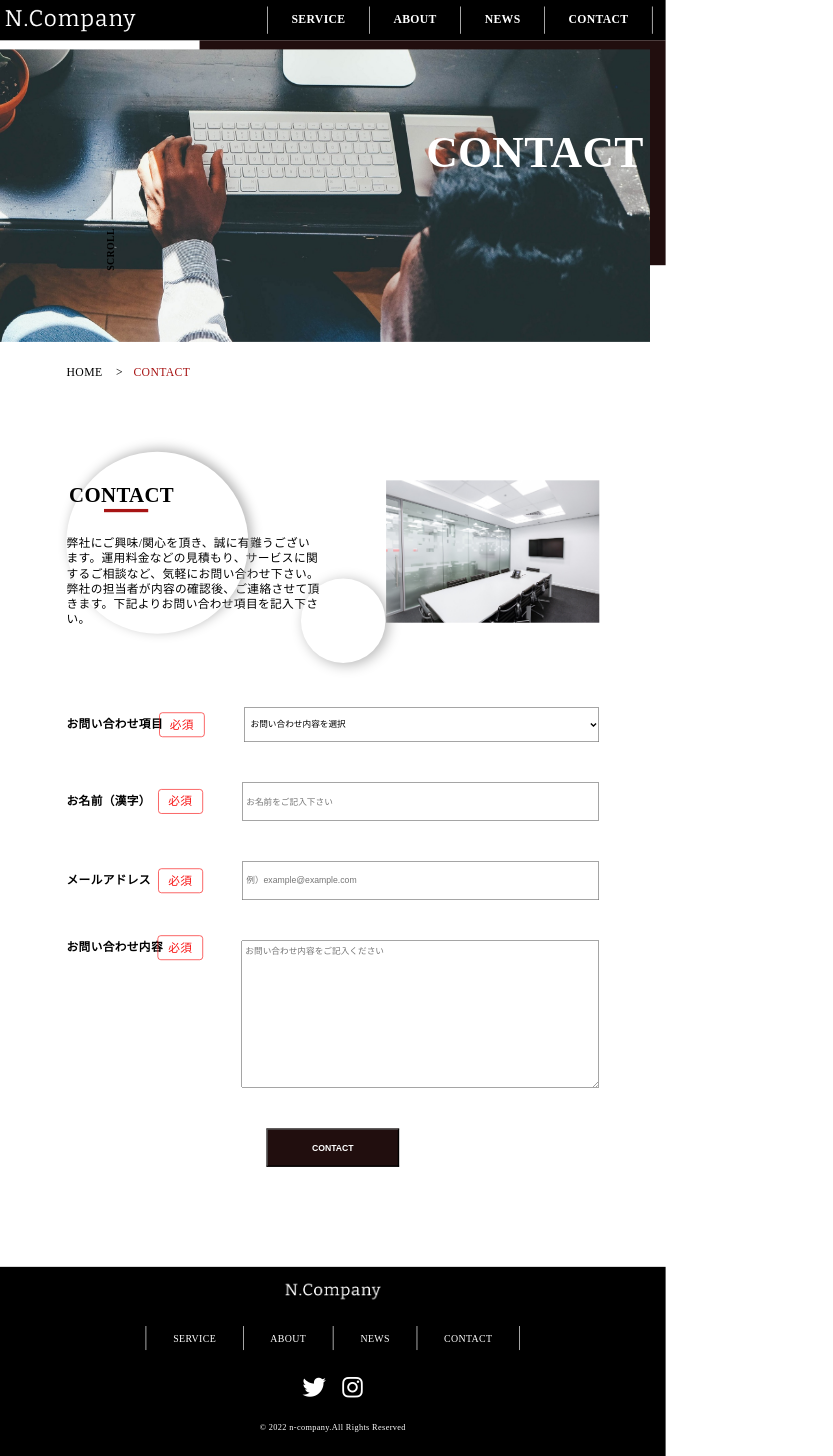
Repository: nozomi-23/hp2_test
Page: html/contact.html
These files come from the project's save history. The page is drawn as it stood at one moment and after the next save; the edit follows.
The browser window is 1024 px wide. The page is 1024 px wide, then 1282 px, so the pictures cover 1282 px, including what lies to the right of the window. The pictures show the whole page, at 65% of full size.
Some web fonts or font styles are not loaded; a fallback is used. Some web libraries are served in a nearby version.

Above is the page before, as saved 2022-06-26 22:57:15.

### html/contact.html
<!DOCTYPE html>
<html lang="ja">

<head>
  <meta charset="UTF-8">
  <title>コンサル事業 N.Company</title>
  <meta name="description" content="専門知識豊富なコンサルタントチームがあらゆる経営課題を解決に導きます。">
  <meta name="keywords" content="コンサル,経営改善,サポート">
  <meta name="viewport" content="width=device-width, initial-scale=1.0">
  <meta property="og:title" content="コンサル事業 N.Company">
  <meta property="og:type" content="article">
  <meta property="og:url" content="https://withcode-plus.tech">
  <meta property="og:image" content="img/logo.png">
  <meta property="og:description" content="専門知識豊富なコンサルタントチームがあらゆる経営課題を解決に導きます。">
  <meta property="og:site_name" content="コンサル事業">
  <link rel="icon" href="favicon.ico">
  <link rel="apple-touch-icon" sizes="180x180" href="img/logo.png">
  <link rel="preconnect" href="https://fonts.googleapis.com">
  <link rel="preconnect" href="https://fonts.gstatic.com" crossorigin>
  <link rel="preconnect" href="https://fonts.googleapis.com">
  <link rel="preconnect" href="https://fonts.gstatic.com" crossorigin>
  <link rel="preconnect" href="https://fonts.googleapis.com">
  <link rel="preconnect" href="https://fonts.gstatic.com" crossorigin>
  <link href="https://fonts.googleapis.com/css2?family=Bitter:wght@300;400&display=swap" rel="stylesheet">
  <link href="https://fonts.googleapis.com/css2?family=Noto+Serif+JP:wght@400;500;700&display=swap" rel="stylesheet">
  <script src="https://kit.fontawesome.com/b17c2acbc6.js" crossorigin="anonymous"></script>
  <link rel="stylesheet" type="text/css" href="../css/reset.css">
  <link rel="stylesheet" type="text/css" href="../css/common1.css">
  <link rel="stylesheet" type="text/css" href="../css/common2.css">
  <link rel="stylesheet" type="text/css" href="../css/contact.css">
</head>

<body>
  <!-- ======== header ===== -->
  <header>
    <div class="header_inner">
      <h1 class="header_logo">
        <a href="../index.html"><img src="../img/logo.png" alt="ロゴ画像"></a>
      </h1>
      <nav class="header_nav">
        <ul>
          <li>
            <a href="../html/about.html">SERVICE</a>
          </li>
          <li>
            <a href="../html/about.html">ABOUT</a>
          </li>
          <li>
            <a href="../html/news.html">NEWS</a>
          </li>
          <li>
            <a href="#">CONTACT</a>
          </li>
        </ul>
      </nav>
    </div>
    <div class="drawer"></div>
  </header>
    <main>
  <!-- ======== fv ===== -->

  <section class="service_fv">
    <div class="service_fv_wrapper">
      <div class="service_fv_img">
        <img src="../img/contact_main.png" alt="メイン画像">
      </div>
      <div class="fv_txt_wrapper_2">
        <span class="top_arrow_txt">SCROLL</span>
      </div>
      <div class="fv_ttl_wrapper">
        <h2 class="service_fv_ttl">CONTACT</h2>
      </div>
    </div>
  </section>

  <!-- ======== パンくずリスト ===== -->

  <section class="breadcrumb section">
    <div class="inner">
      <ul class="breadcrumb_list">
        <li class="breadcrumb_item">
          <a href="../index.html"><span>HOME</span></a>
        </li>
        <li class="breadcrumb_item">
          <a href="#"><span class="color">CONTACT</span></a>
        </li>
      </ul>
    </div>
  </section>

  <!-- ======== contact ===== -->

  <div class="section contact_intro section">
    <div class="inner">
      <div class="contact_intro_wrapper">
        <div class="contact_intro_txt">
          <h3 class="section_ttl">CONTACT</h3>
          <p>弊社にご興味/関心を頂き、誠に有難うございます。運用料金などの見積もり、サービスに関するご相談など、気軽にお問い合わせ下さい。弊社の担当者が内容の確認後、ご連絡させて頂きます。下記よりお問い合わせ項目を記入下さい。</p>
        </div>
        <div class="contact_intro_img">
          <img src="../img/contact.png" alt="お問合せ画像">
        </div>
      </div>
        <form action="mail.php" class="contact_form" id="form" method="post">
          <div class="contact_box">
            <label for="name" class="contact_form_ttl">お問い合わせ項目</label>
            <select class="contact_form_box1" name="subject" required="required">
              <optgroup value>
                <option class="select_txt" value="プルダウンメニューで問い合わせ内容を選択" hidden>お問い合わせ内容を選択</option>
                <option class="select_txt" value="お見積もりについて">お見積もりについて</option>
                <option class="select_txt" value="カウンセリング予約について">カウンセリング予約について</option>
                <option class="select_txt" value="その他">その他</option>
              </optgroup>
            </select>
          </div>
          <div class="contact_box">
            <label for="name" class="contact_form_ttl">お名前（漢字）</label>
            <input type="text" class="contact_form_box2" name="" required="required" placeholder="お名前をご記入下さい">
          </div>
          <div class="contact_box">
            <label for="email" class="contact_form_ttl">メールアドレス</label>
            <input type="email" class="contact_form_box2" name="" required="required" placeholder="例）example@example.com">
          </div>
          <div class="contact_box _area">
            <label for="message" class="contact_form_ttl">お問い合わせ内容</label>
            <textarea name="message" class="contact_textarea" id="message" required="required"
              placeholder="お問い合わせ内容をご記入ください"></textarea>
          </div>
          <button type="submit" class="btn contact_btn1">CONTACT</button>
        </form>
    </div>
  </div>
</main>
  <!-- ======== footer ===== -->

  <footer>
    <div class="footer_logo">
      <a href="#">
        <img src="../img/logo.png" alt="ロゴ画像">
      </a>
    </div>
    <ul class="footer_list">
      <li>
        <a href="#">SERVICE</a>
      </li>
      <li>
        <a href="../html/about.html">ABOUT</a>
      </li>
      <li>
        <a href="../html/news.html">NEWS</a>
      </li>
      <li>
        <a href="../html/contact.html">CONTACT</a>
      </li>
    </ul>
    <ul class="footer_sns">
      <li class="sns_icon sns_icon1">
        <a href="https://twitter.com/nomoko_423">
          <i class="fa-brands fa-twitter"></i>
        </a>
      </li>
      <li class="sns_icon sns_icon2">
        <a href="#">
          <i class="fa-brands fa-instagram"></i>
        </a>
      </li>
    </ul>
    <small>©︎ 2022 n-company.All Rights Reserved</small>
  </footer>
</body>
<script src="https://ajax.googleapis.com/ajax/libs/jquery/3.5.1/jquery.min.js"></script>
<script type="text/javascript" src="js/common.js"></script>

</html>

### css/reset.css
@charset "UTF-8";

html,
body,
div,
span,
object,
iframe,
h1,
h2,
h3,
h4,
h5,
h6,
p,
blockquote,
pre,
abbr,
address,
cite,
code,
del,
dfn,
em,
img,
ins,
kbd,
q,
samp,
small,
strong,
sub,
sup,
var,
b,
i,
dl,
dt,
dd,
ol,
ul,
li,
fieldset,
form,
label,
legend,
table,
caption,
tbody,
tfoot,
thead,
tr,
th,
td,
article,
aside,
canvas,
details,
figcaption,
figure,
footer,
header,
hgroup,
menu,
nav,
section,
summary,
time,
mark,
audio,
video {
  margin: 0;
  padding: 0;
  border: 0;
  outline: 0;
  font-size: 100%;
  vertical-align: baseline;
  background: transparent;
}

body {
  line-height: 1;
}

article,
aside,
details,
figcaption,
figure,
footer,
header,
hgroup,
menu,
nav,
section {
  display: block;
}

nav ul {
  list-style: none;
}

blockquote,
q {
  quotes: none;
}

blockquote:before,
blockquote:after,
q:before,
q:after {
  content: '';
  content: none;
}

a {
  margin: 0;
  padding: 0;
  font-size: 100%;
  vertical-align: baseline;
  background: transparent;
}

/* change colours to suit your needs */
ins {
  background-color: #ff9;
  color: #000;
  text-decoration: none;
}

/* change colours to suit your needs */
mark {
  background-color: #ff9;
  color: #000;
  font-style: italic;
  font-weight: bold;
}

del {
  text-decoration: line-through;
}

abbr[title],
dfn[title] {
  border-bottom: 1px dotted;
  cursor: help;
}

table {
  border-collapse: collapse;
  border-spacing: 0;
}

/* change border colour to suit your needs */
hr {
  display: block;
  height: 1px;
  border: 0;
  border-top: 1px solid #cccccc;
  margin: 1em 0;
  padding: 0;
}

input,
select {
  vertical-align: middle;
}

### css/common1.css
@charset "UTF-8";

body {
  font-size: 18px;
  color: #000;
  letter-spacing: 0.03em;
  font-family: 'Noto Serif JP', serif;
  line-height: 1.3;
}
li {
  list-style: none;
}
a {
  text-decoration: none;
  cursor: pointer;
  color: #000;
}
/* =====================
共通レイアウト
========================*/

.section {
  margin: 15% 0;
  position: relative;
}

.inner {
  width: 80%;
  height: auto;
  margin: 0 auto;
  /* background-color: aqua; */
}

/* =====================
共通パーツ
========================*/

.section_ttl {
  position: relative;
  font-size: 2rem;
  font-weight: bold;
  display: inline-block;
  margin-bottom: 4.5%;
  padding: 1%;
}

.section_ttl::after {
  content: "";
  position: absolute;
  bottom: 0;
  left: 34%;
  display: inline-block;
  width: 40%;
  border-bottom: 5px solid #A71414;
}

.btn {
  width: 25%;
  margin: 0 auto;
}

.btn a {
  text-align: center;
  color: #fff;
  background: #210E0E;
  font-weight: bold;
  line-height: 4;
  display: block;
  width: 100%;
  height: 100%;
  cursor: pointer;
  transition: all 0.5s;
}

.btn a:hover {
  opacity: 0.8;
  transition: all 0.5s;
}
/* =====================
header
========================*/
header {
  background: #000;
}

.header_inner {
  display: flex;
  justify-content: space-between;
  align-items: center;
  padding: 0.7%;
}

.header_logo {
  width: 20%;
}
.header_logo img {
  width: 100%;
  height: 100%;
}

.header_nav {
  width: 60%;
  height: auto;
}

.header_nav ul {
  display: flex;
  align-items: center;
}

.header_nav ul li {
  padding: 1.5% 6%;
  border-left: solid 1px #fff;
}

.header_nav ul li:last-child {
  border-right: solid 1px #fff;
}

.header_nav ul li a {
  display: block;
  color: #fff;
  font-weight: bold;
}

.header_nav ul li a:hover {
  color: #AB9999;
}

header .drawer {
  visibility: hidden;
}

/* =====================
footer
========================*/

footer {
  background: #000;
  padding: 2%;
  text-align: center;
}

.footer_logo {
  margin: 0 auto;
  width: 15%;
  height: auto;
}

.footer_logo img {
  width: 100%;
  height: 100%;
}

.footer_list {
  width: 70%;
  height: auto;
  display: flex;
  justify-content: center;
  align-items: center;
  margin: 3.5% auto;
}

.footer_list li {
  padding: 1% 6%;
  border-left: solid 1px #fff;
}

.footer_list li:last-child {
  border-right: solid 1px #fff;
}

.footer_list li a {
  color: #fff;
  font-size: 0.95rem;
}

.footer_list li a:hover {
  color: #AB9999;
}

.footer_sns {
  display: flex;
  align-items: center;
  justify-content: center;
  margin: 3% 0;
}

.sns_icon.sns_icon1 {
  margin-right: 2.5%;
}

.sns_icon.sns_icon1,
.sns_icon.sns_icon2 {
  font-size: 2.25rem;
}
.sns_icon a {
  color: #fff;
}

.sns_icon {
  transition: 0.2s;
}

.sns_icon:hover {
  transition: 0.2s;
  transform: translateY(-5px);
}


footer small {
  color: #fff;
  font-size: 0.8rem;
  display: block;
  margin: 1.5% 0;
}

### css/common2.css
@charset "UTF-8";

/* =====================
fv
========================*/
.service_fv_wrapper {
  display: flex;
  position: relative;
}

.service_fv_img {
  position: absolute;
  z-index: 1;
  top: 4%;
  left: 0;
}

.service_fv_img img {
  width: 100%;
  height: 100%;
}

.fv_txt_wrapper_2 {
  position: relative;
  width: 30%;
  height: 68vh;
}

.fv_ttl_wrapper {
  width: 70%;
  height: 68vh;
  background: #210E0E;
  align-items: center;
  display: flex;

}

.service_fv_ttl {
  color: #fff;
  font-weight: bold;
  font-size: 4.2rem;
  margin-left: auto;
  padding-right: 0.5em;
  z-index: 3;
}

.top_arrow_txt {
  position: absolute;
  bottom: 4%;
  left: 45%;
  transform: rotate(270deg);
  font-weight: bold;
  font-size: 0.95rem;
  z-index: 3;
}

.top_arrow_txt::after {
  content: "";
  width: 70px;
  border-bottom: solid 1px;
  display: inline-block;
  position: absolute;
  bottom: 40%;
  left: 120%;
}

/* =====================
パンくずリスト
========================*/
.breadcrumb_list {
  display: flex;
}

.breadcrumb_item::after {
  content: ">";
  padding: 0 1rem;
}

.breadcrumb_item:last-child::after {
  content: "";
}

.breadcrumb_item .color {
  color: #A71414;
}

### css/contact.css
@charset "UTF-8";

/* =====================
contact
========================*/

.contact_intro_wrapper {
  position: relative;
  display: flex;
  justify-content: space-between;
  align-items: center;
}

.contact_intro_wrapper::before {
  content: "";
  position: absolute;
  top: -19%;
  left: 0;
  width: 280px;
  height: 280px;
  border-radius: 50%;
  box-shadow: 5px -4px 18px rgb(181, 181, 181);
}

.contact_intro_wrapper::after {
  content: "";
  position: absolute;
  top: 67%;
  left: 44%;
  width: 130px;
  height: 130px;
  border-radius: 50%;
  box-shadow: 5px 3px 20px rgb(181, 181, 181);
}

.contact_intro_txt {
  width: 48%;
  height: auto;
}

.contact_intro_txt p {
  margin-top: 1.2rem;
}

.contact_intro_img {
  width: 40%;
  height: auto;
}

.contact_intro_img img {
  width: 100%;
  height: 100%;
}
/* =====================
contact form
========================*/
.contact_form {
  margin-top: 15%;
}

.contact_box {
  display: flex;
  align-items: center;
  margin-bottom: 7.5%;
}

.contact_box._area {
  align-items: baseline;
}

.contact_form_box1,
.contact_form_box2 {
  height: 7.5vh;
  width: 70%;
  padding-left: 5px;
}

.contact_textarea {
  width: 70%;
  height: 30vh;
  padding: 5px;
}

.contact_form_ttl {
  width: 35%;
  height: 100%;
  font-weight: bold;
  position: relative;
}

.contact_form_ttl::after {
  content: "必須";
  position: absolute;
  top: 50%;
  left: 65%;
  transform: translate(-50%, -50%);
  color: #F81616;
  font-weight: normal;
  border: solid 1px #F81616;
  border-radius: 5px;
  width: 25%;
  text-align: center;
  line-height: 2;
}

.contact_btn1{
  text-align: center;
  margin: 0 auto;
  color: #fff;
  background: #210E0E;
  font-weight: bold;
  line-height: 4;
  display: block;
  width: 25%;
  height: 100%;
  cursor: pointer;
  transition: all 0.5s;
}

.contact_btn1:hover {
  opacity: 0.8;
  transition: all 0.5s;
}
/* =====================
レスポンシブ  1024
========================*/
@media screen and (max-width: 1024px) {
  .fv_txt_wrapper_2 {
    height: 48vh;
  }

  .fv_ttl_wrapper {
    height: 48vh;
  }

  .contact_intro_wrapper::after {

  }
}

Loaded but not shown: js/common.js (no copy from this time; the picture is the same without it)

After the next save:
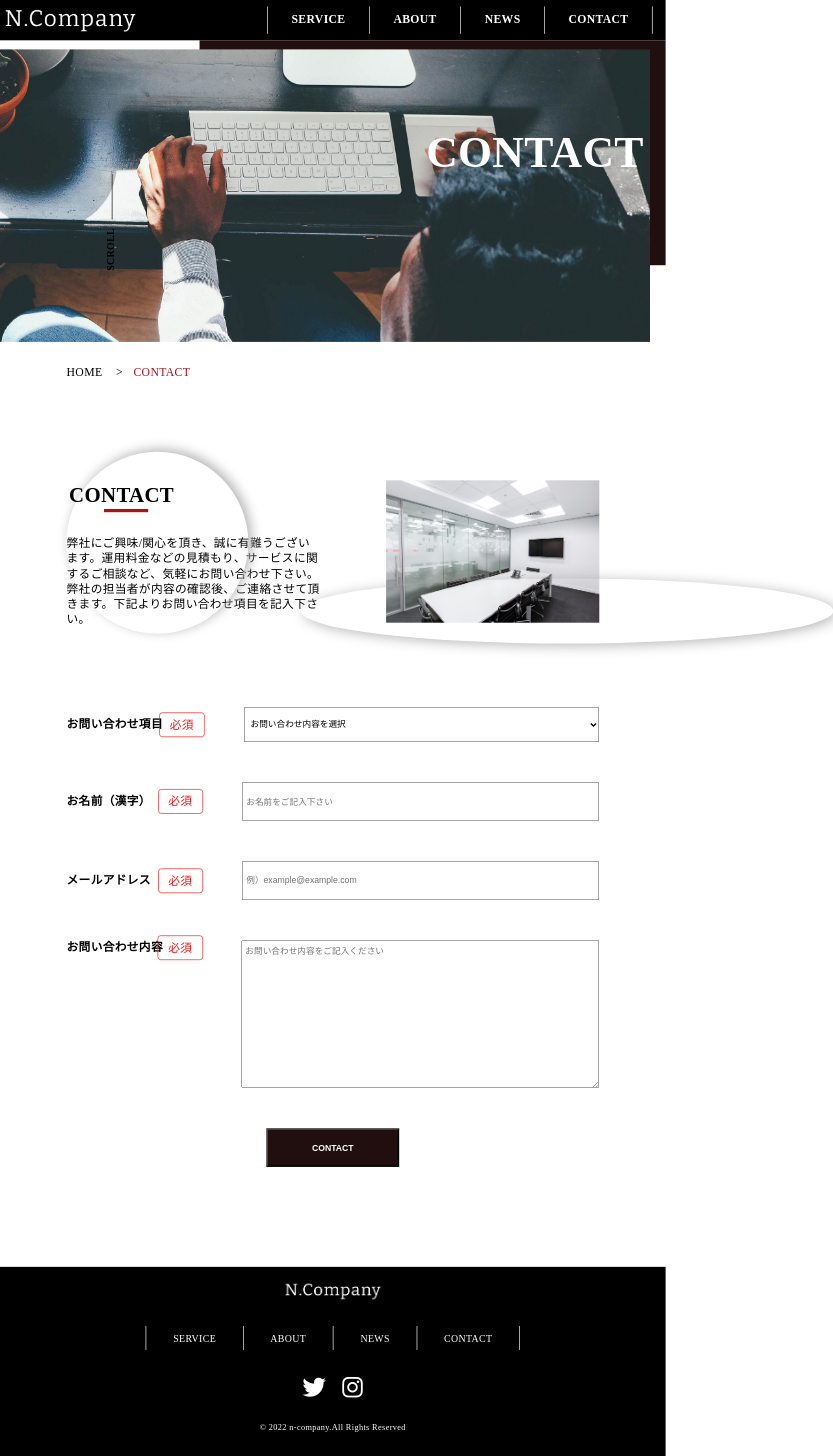
Saved 6 s later.
--- a/css/contact.css
+++ b/css/contact.css
@@ -134,6 +134,7 @@ contact form
   }
 
   .contact_intro_wrapper::after {
-
+    width: 100%;
+    height: 100px;
   }
 }
